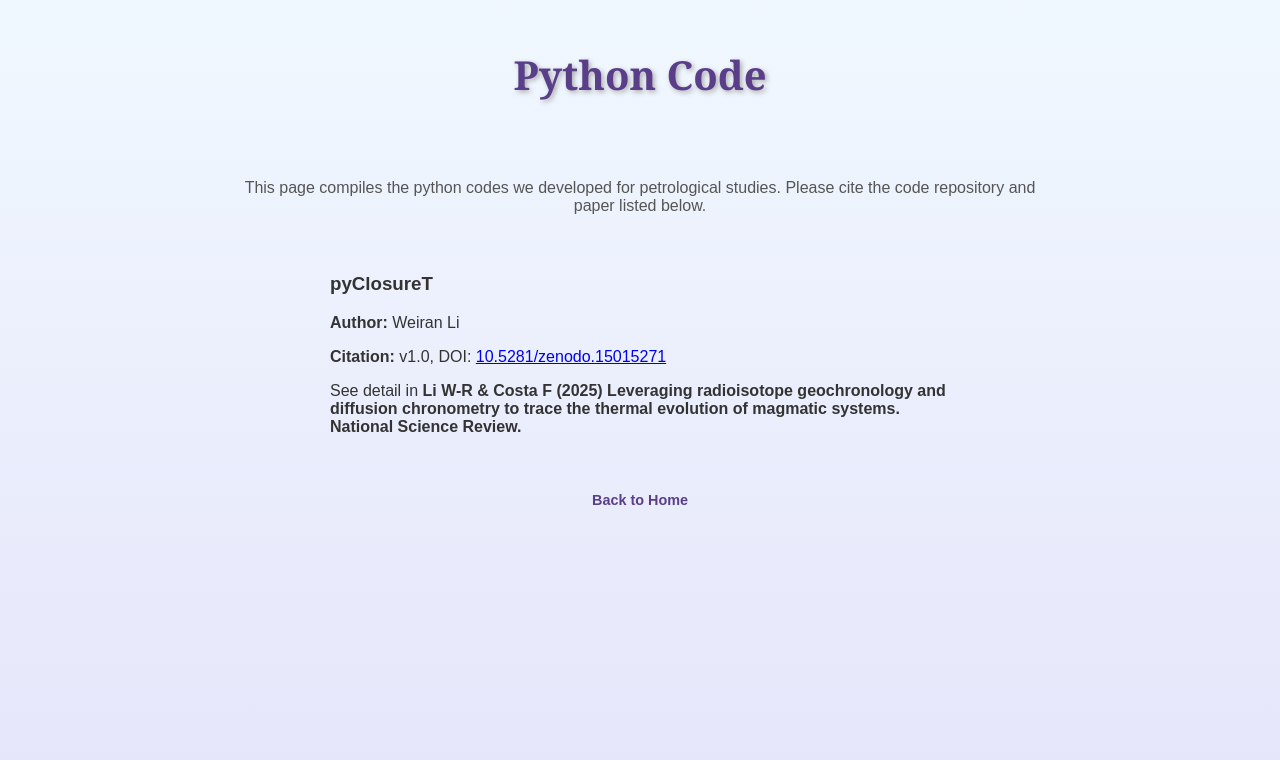
Repository: Abyss2019/home_page
Page: python-code/index.html
These files come from the project's save history. The page is drawn as it stood at one moment and after the next save; the edit follows.
The browser window is 1280 px wide. The pictures show the whole page.

Above is the page before, as saved 2025-04-06 10:13:58.

After the next save:
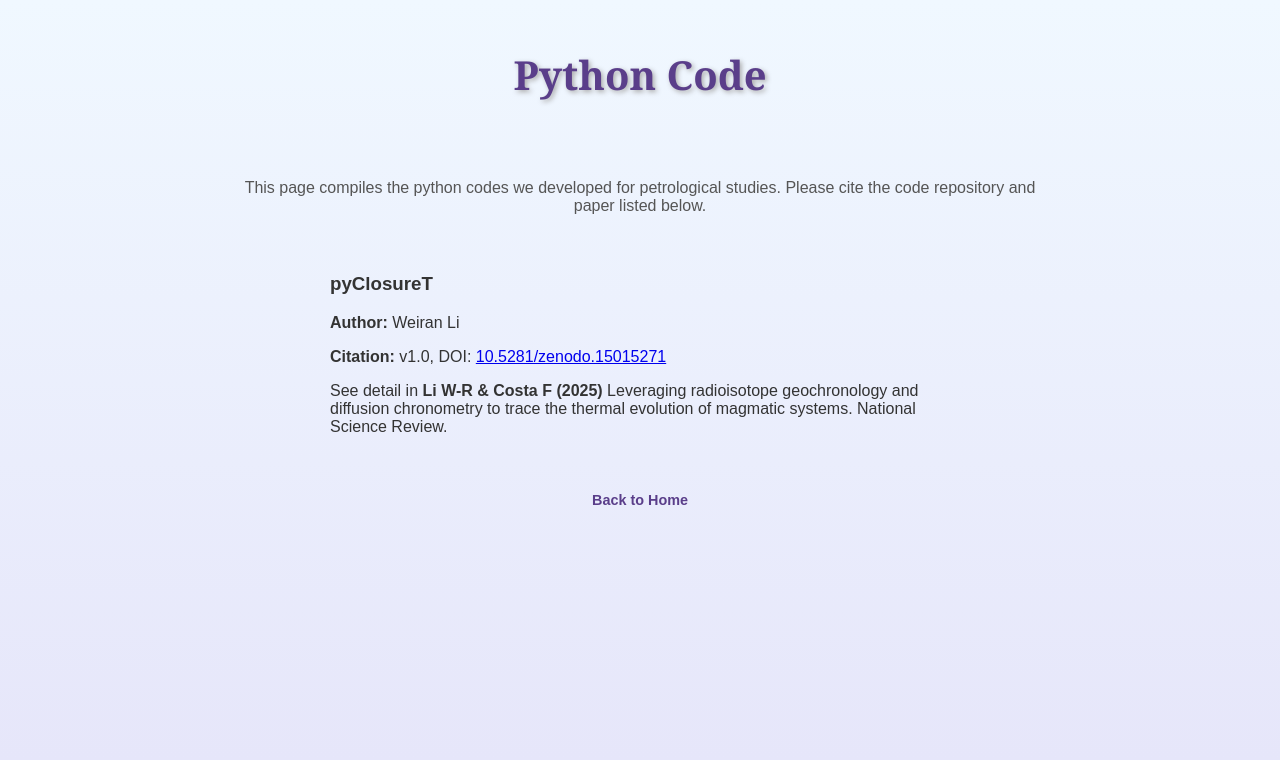
Saved 5 s later.
--- a/python-code/index.html
+++ b/python-code/index.html
@@ -96,7 +96,7 @@
     <h3>pyClosureT</h3>
     <p><strong>Author:</strong> Weiran Li</p>
     <p><strong>Citation:</strong> v1.0, DOI: <a href="https://doi.org/10.5281/zenodo.15015271" target="_blank">10.5281/zenodo.15015271</a></p>
-    <p>See detail in <strong>Li W-R &amp; Costa F (2025) Leveraging radioisotope geochronology and diffusion chronometry to trace the thermal evolution of magmatic systems. National Science Review.</p>
+    <p>See detail in <strong>Li W-R &amp; Costa F (2025)</strong> Leveraging radioisotope geochronology and diffusion chronometry to trace the thermal evolution of magmatic systems. National Science Review.</p>
   </div>
   <!-- 以后可以在这里添加更多引用卡片 -->
   <!--
